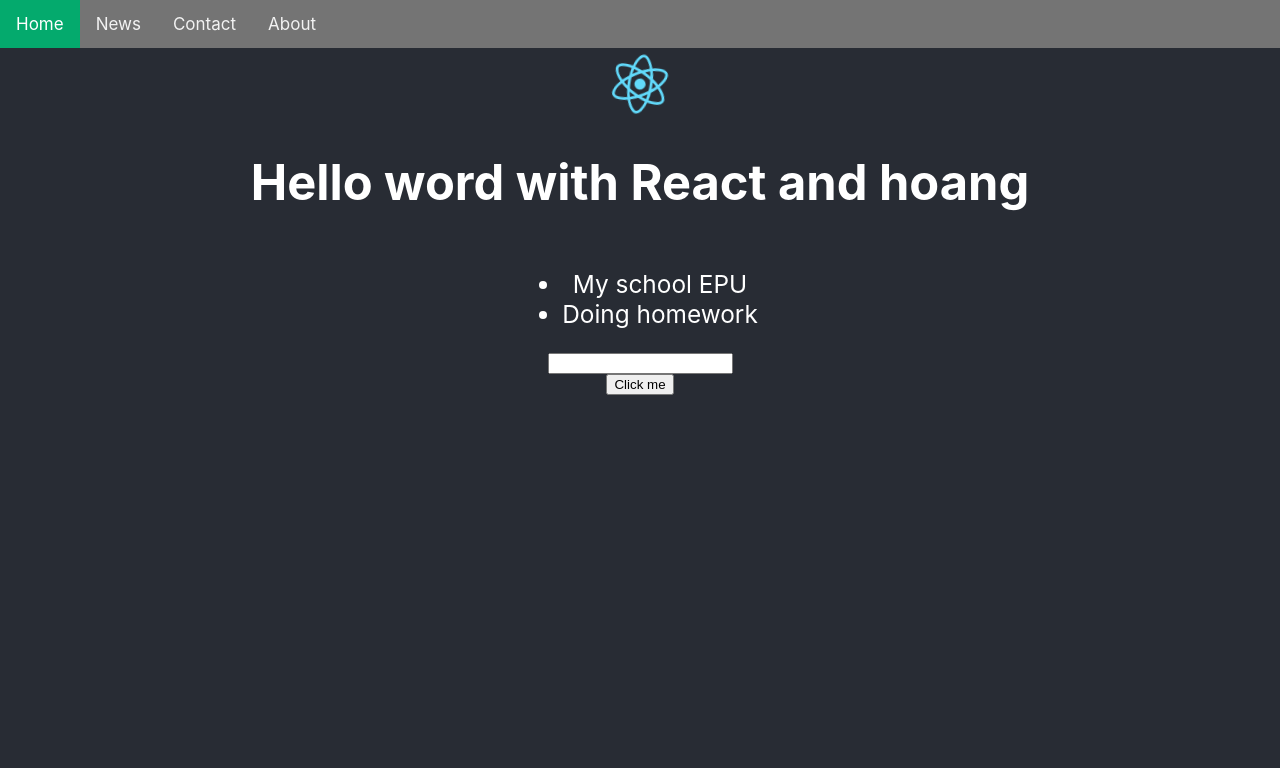
Repository: hoang0508/ReactJsHookBasic
Page: /todo
These files come from the project's save history. The page is drawn as it stood at one moment and after the next save; the edit follows.
The browser window is 1280 px wide. The pictures show the whole page.
The project was rebuilt for these pictures with package versions that can differ from the ones it lists, and the page was loaded fresh each time.

Above is the page before, as saved 2021-11-10 21:07:46.

After the next save:
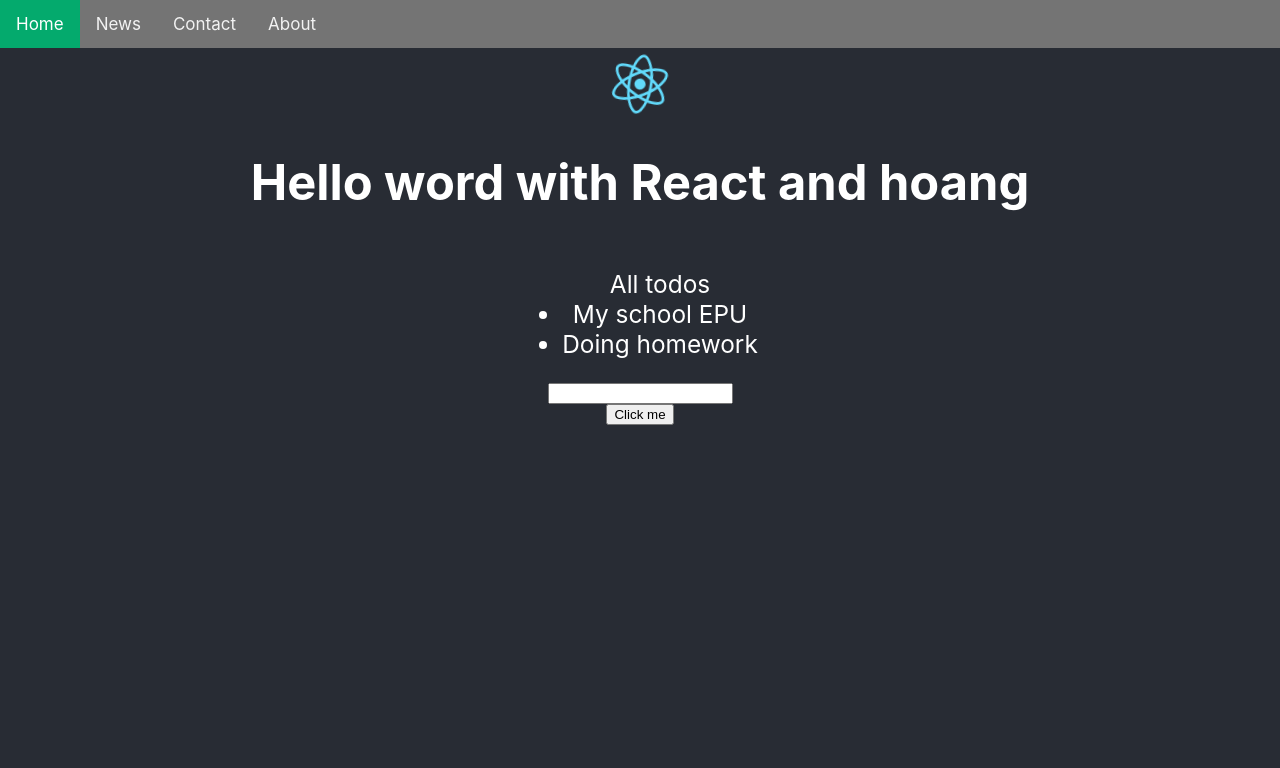
Saved 21 s later.
--- a/src/App.js
+++ b/src/App.js
@@ -38,7 +38,7 @@
       <header className="App-header">
         <img src={logo} className="App-logo" alt="logo" />
         <h1>Hello word with React and {name}</h1>
-        <Todo todos={todos} />
+        <Todo todos={todos} title={"All todos"} />
         <input
           type="text"
           value={address}
